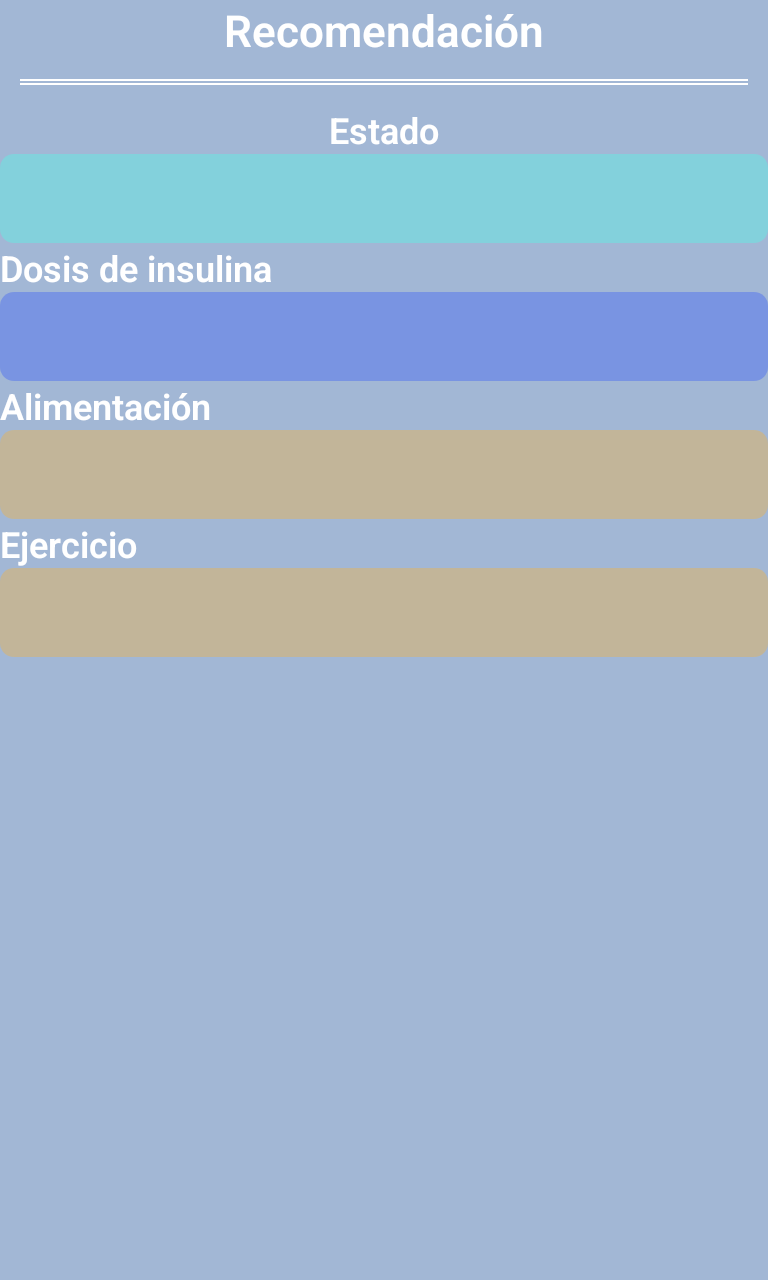
Repository: HectorGarciaMiguel/ssii-diabetes-060036
Layout: SeguimientoDiabetes/res/layout/activity_recomendacion.xml
An editor plug-in stored every save of this project. The layout is shown before and after the next save, followed by the edit.
It is drawn on a 768 x 1280 px phone screen (xhdpi) without system bars, with theme AppTheme; the app's code is not run.

Above is the layout before, as saved 2015-11-20 20:57:50.

After the next save:
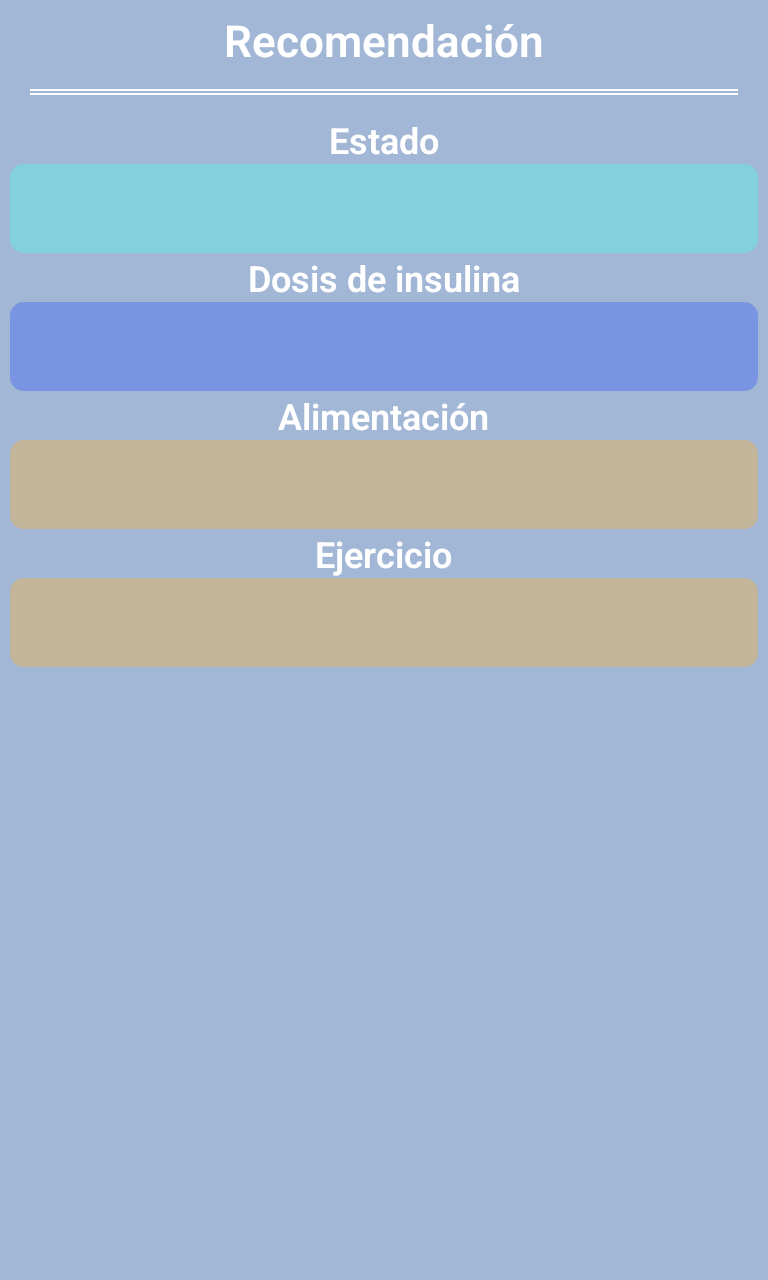
Saved 36 s later.
--- a/SeguimientoDiabetes/res/layout/activity_recomendacion.xml
+++ b/SeguimientoDiabetes/res/layout/activity_recomendacion.xml
@@ -8,7 +8,8 @@
     <LinearLayout
         android:layout_width="fill_parent"
         android:layout_height="wrap_content"
-        android:orientation="vertical" >
+        android:orientation="vertical"
+        android:layout_margin="5dp">
 
     <LinearLayout
         android:layout_width="fill_parent"
@@ -44,8 +45,7 @@
     <LinearLayout
         android:layout_width="fill_parent"
         android:layout_height="wrap_content"
-        android:gravity="center_horizontal"
-        >
+        android:gravity="center_horizontal">
 
         <TextView
             android:id="@+id/textView8"
@@ -71,14 +71,14 @@
 
     <LinearLayout
         android:layout_width="fill_parent"
-        android:layout_height="wrap_content">
+        android:layout_height="wrap_content"
+        android:gravity="center_horizontal">
 
         <TextView
             android:id="@+id/textView2"
             android:layout_width="wrap_content"
             android:layout_height="fill_parent"
             android:text="Dosis de insulina"
-            android:gravity="center_horizontal"
             android:textStyle="bold" />
 
     </LinearLayout>
@@ -98,13 +98,13 @@
 
     <LinearLayout
         android:layout_width="fill_parent"
-        android:layout_height="wrap_content" >
+        android:layout_height="wrap_content"
+        android:gravity="center_horizontal" >
 
         <TextView
             android:id="@+id/textView4"
             android:layout_width="wrap_content"
             android:layout_height="fill_parent"
-            android:layout_gravity="center_horizontal|center_vertical"
             android:text="Alimentación"
             android:textStyle="bold"/>
 
@@ -125,14 +125,14 @@
 
     <LinearLayout
         android:layout_width="fill_parent"
-        android:layout_height="wrap_content">
+        android:layout_height="wrap_content"
+        android:gravity="center_horizontal">
 
         <TextView
             android:id="@+id/textView6"
             android:layout_width="wrap_content"
             android:layout_height="fill_parent"
             android:text="Ejercicio"
-            android:layout_gravity="center_horizontal|center_vertical"
             android:textStyle="bold" />
 
     </LinearLayout>
